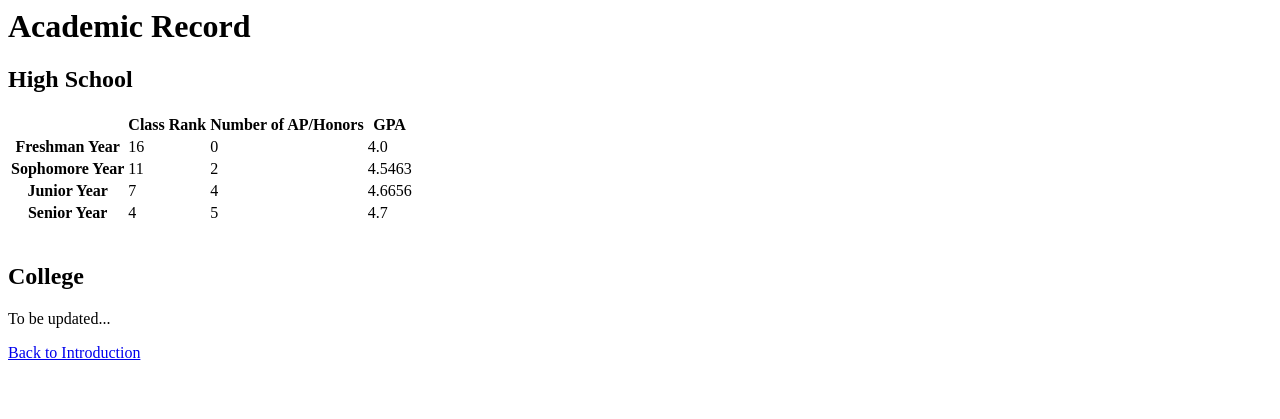
Repository: A-Vargas-GP/imm_my_website
Page: personal_site/personal/academic_record.html
The author's editor kept a record of every edit. The page is drawn from the files as they stood at one moment, then again after the next edit.
The browser window is 1280 px wide. The pictures show the whole page.

Above is the page before.

### personal_site/personal/academic_record.html
<html>
    <head> <meta charset = "utf-8">
        <title> Academic Record </title>
    </head>

    <body>
        <h1> Academic Record</h1>
        <h2> High School </h2>
        <table>
            <tr>
                <th> </th>
                <th scope = "col"> Class Rank </th>
                <th scope = "col"> Number of AP/Honors </th>
                <th scope = "col"> GPA </th>
            </tr>
            <tr>
                <th scope = "row"> Freshman Year </th>
                <td> 16 </td>
                <td> 0 </td>
                <td> 4.0 </td>
            </tr>
            <tr>
                <th scope = "row"> Sophomore Year </th>
                <td> 11 </td>
                <td> 2 </td>
                <td> 4.5463 </td>
            </tr>
            <tr>
                <th scope = "row"> Junior Year </th>
                <td> 7 </td>
                <td> 4 </td>
                <td> 4.6656 </td>
            </tr>
            <tr>
                <th scope = "row"> Senior Year </th>
                <td> 4 </td>
                <td> 5 </td>
                <td> 4.7 </td>
            </tr>

        </table>

        </br>

        <h2> College </h2>
        <p> To be updated...</p>


        <a href = "../introduction.html"> Back to Introduction </a>

    </body>




</html>

After the next edit:
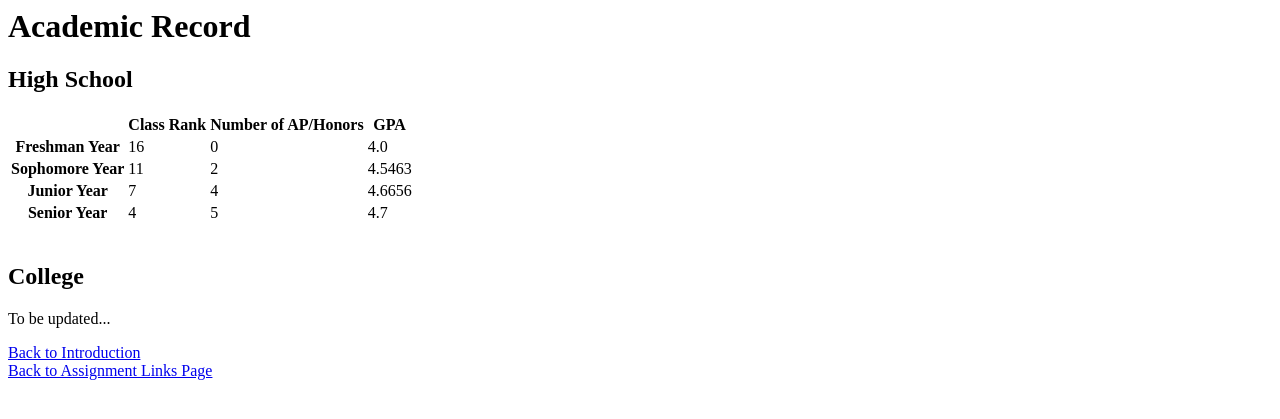
The edit:
--- a/personal_site/personal/academic_record.html
+++ b/personal_site/personal/academic_record.html
@@ -47,6 +47,8 @@
 
 
         <a href = "../introduction.html"> Back to Introduction </a>
+        </br>
+        <a href = "../index.html"> Back to Assignment Links Page </a>
 
     </body>
 
